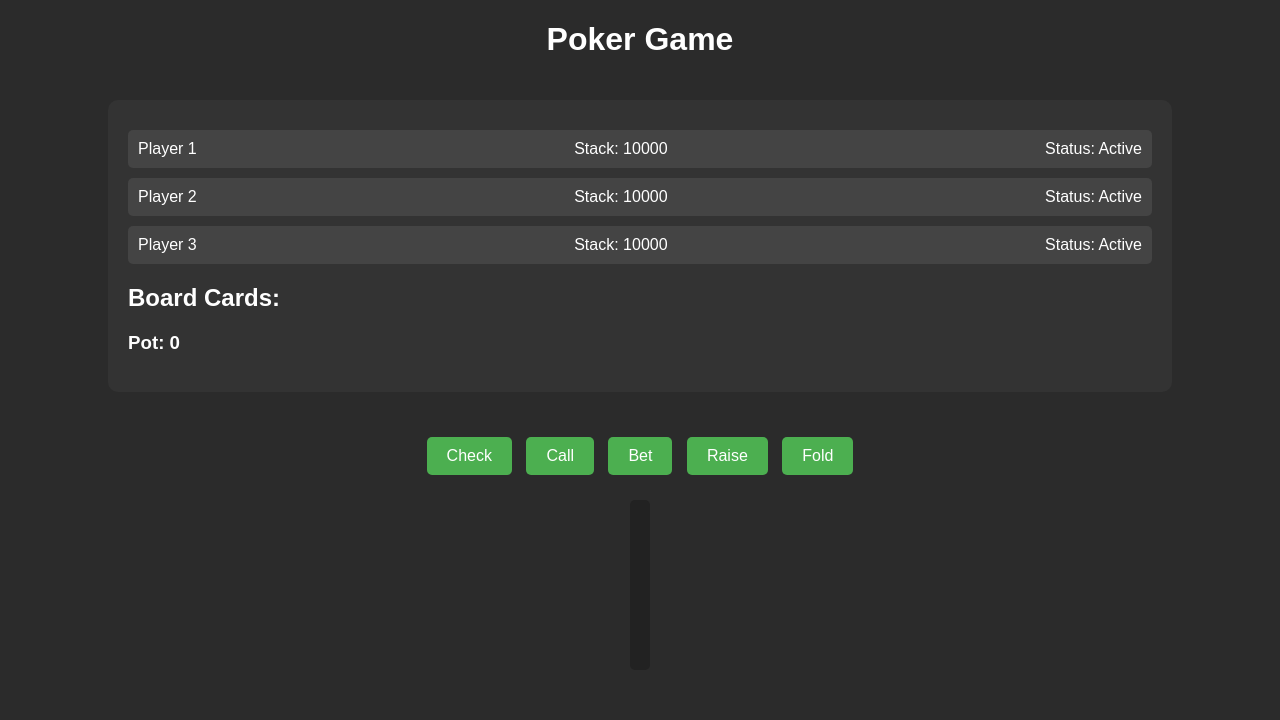
Repository: ihaflores/CP481_Poker_Bot
Page: frontend.html
The author's editor kept a copy of each file at every save. The page is drawn from the files as they stood at one save, then again after the next save.
The browser window is 1280 px wide. The pictures show the whole page.

Above is the page before, as saved 2024-12-07 13:45:56.

### frontend.html
<!DOCTYPE html>
<html lang="en">
<head>
    <meta charset="UTF-8">
    <meta name="viewport" content="width=device-width, initial-scale=1.0">
    <title>Poker Game UI</title>
    <style>
        body {
            font-family: Arial, sans-serif;
            background-color: #2b2b2b;
            color: #ffffff;
            margin: 0;
            padding: 0;
            display: flex;
            flex-direction: column;
            align-items: center;
        }
        #game-board {
            width: 80%;
            margin: 20px;
            padding: 20px;
            background-color: #333;
            border-radius: 10px;
        }
        .player {
            margin: 10px 0;
            display: flex;
            justify-content: space-between;
            padding: 10px;
            background: #444;
            border-radius: 5px;
        }
        #actions {
            margin-top: 20px;
        }
        button {
            background-color: #4caf50;
            border: none;
            color: white;
            padding: 10px 20px;
            text-align: center;
            text-decoration: none;
            display: inline-block;
            font-size: 16px;
            margin: 5px;
            border-radius: 5px;
            cursor: pointer;
        }
        button:hover {
            background-color: #45a049;
        }
        #logs {
            margin-top: 20px;
            background-color: #222;
            padding: 10px;
            border-radius: 5px;
            height: 150px;
            overflow-y: scroll;
        }
    </style>
</head>
<body>
    <h1>Poker Game</h1>
    <div id="game-board">
        <div id="players">
            <!-- Player info will be dynamically added here -->
        </div>
        <div id="board-cards">
            <!-- Board cards will be shown here -->
            <h2>Board Cards: <span id="board"></span></h2>
        </div>
        <div id="pot">
            <h3>Pot: <span id="pot-amount">0</span></h3>
        </div>
    </div>
    <div id="actions">
        <button onclick="performAction('check')">Check</button>
        <button onclick="performAction('call')">Call</button>
        <button onclick="openBetUI()">Bet</button>
        <button onclick="openRaiseUI()">Raise</button>
        <button onclick="performAction('fold')">Fold</button>
        <div id="bet-raise-ui" style="display:none;">
            <input type="number" id="bet-amount" placeholder="Enter amount" />
            <button onclick="submitBetRaise()">Submit</button>
        </div>
    </div>
    <div id="logs">
        <!-- Game logs will be dynamically added here -->
    </div>

    <script>
        // Example dynamic data
        const players = [
            { id: 1, stack: 10000, status: 'Active' },
            { id: 2, stack: 10000, status: 'Active' },
            { id: 3, stack: 10000, status: 'Active' },
        ];

        function initializeGame() {
            const playersDiv = document.getElementById('players');
            playersDiv.innerHTML = '';

            players.forEach(player => {
                const playerDiv = document.createElement('div');
                playerDiv.className = 'player';
                playerDiv.innerHTML = `
                    <span>Player ${player.id}</span>
                    <span>Stack: ${player.stack}</span>
                    <span>Status: ${player.status}</span>
                `;
                playersDiv.appendChild(playerDiv);
            });
        }

        function updatePlayerStack(playerId, amount) {
            const player = players.find(p => p.id === playerId);
            if (player) {
                player.stack += amount;
                initializeGame(); // Re-render the players section to reflect the changes
            }
        }

        function performAction(action) {
            addLog(`Player performed: ${action}`);
            if (action === 'call') {
                updatePlayerStack(1, -200); // Example: deducting 200 from player 1's stack
            } else if (action === 'bet') {
                updatePlayerStack(2, -500); // Example: deducting 500 from player 2's stack
            }
        }

        function openBetUI() {
            document.getElementById('bet-raise-ui').style.display = 'block';
        }

        function openRaiseUI() {
            document.getElementById('bet-raise-ui').style.display = 'block';
        }

        function submitBetRaise() {
            const amount = parseInt(document.getElementById('bet-amount').value, 10);
            addLog(`Player placed bet/raise: ${amount}`);
            updatePlayerStack(3, -amount); // Example: deducting bet/raise amount from player 3's stack
            document.getElementById('bet-raise-ui').style.display = 'none';
            document.getElementById('bet-amount').value = '';
        }

        function addLog(message) {
            const logsDiv = document.getElementById('logs');
            const logEntry = document.createElement('div');
            logEntry.textContent = message;
            logsDiv.appendChild(logEntry);
            logsDiv.scrollTop = logsDiv.scrollHeight;
        }

        // Initialize the UI
        initializeGame();
    </script>
</body>
</html>

After the next save:
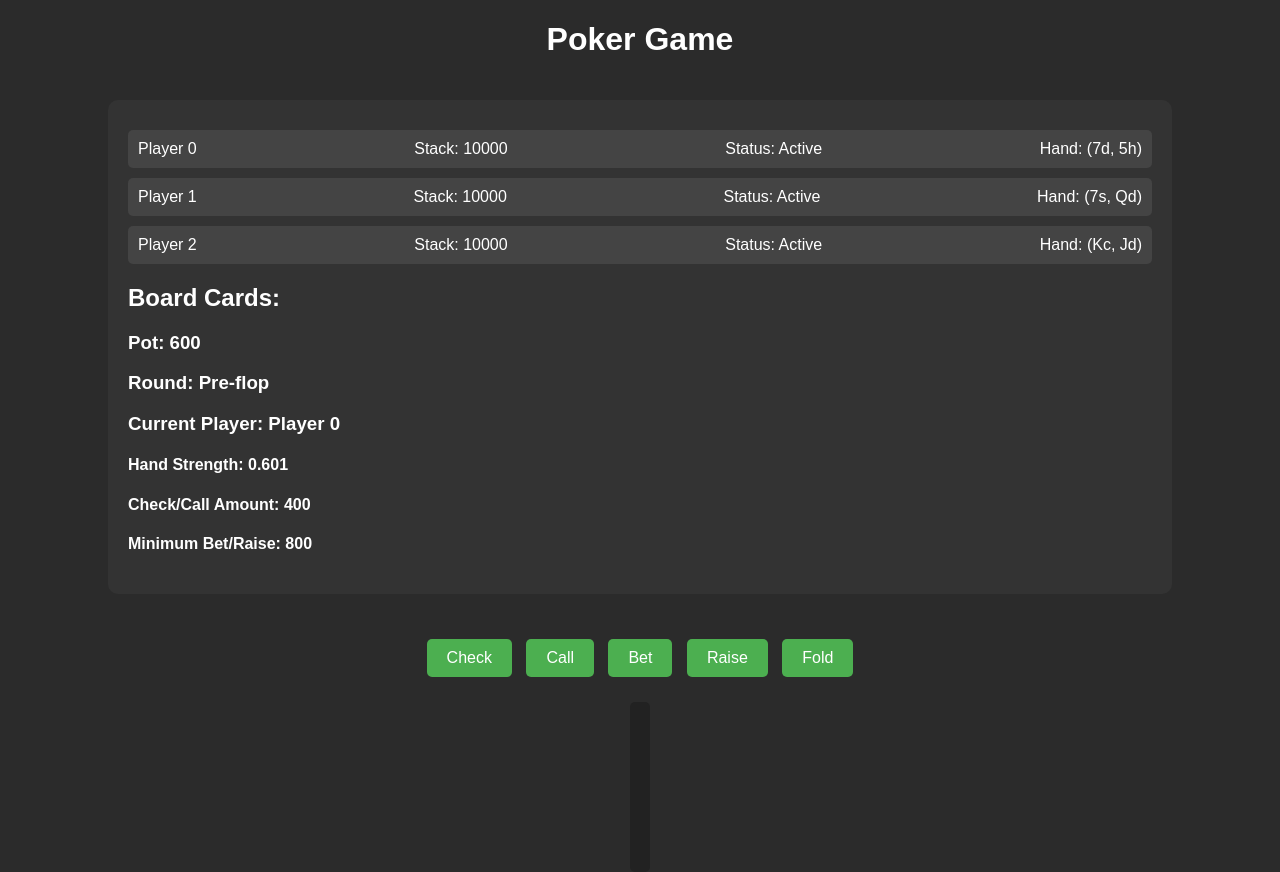
Saved 13 min 10 s later.
--- a/frontend.html
+++ b/frontend.html
@@ -72,6 +72,15 @@
         <div id="pot">
             <h3>Pot: <span id="pot-amount">0</span></h3>
         </div>
+        <div id="round">
+            <h3>Round: <span id="current-round">Pre-flop</span></h3>
+        </div>
+        <div id="current-player">
+            <h3>Current Player: <span id="current-player-id">Player 0</span></h3>
+            <h4>Hand Strength: <span id="hand-strength">0.000</span></h4>
+            <h4>Check/Call Amount: <span id="call-amount">0</span></h4>
+            <h4>Minimum Bet/Raise: <span id="min-bet">0</span></h4>
+        </div>
     </div>
     <div id="actions">
         <button onclick="performAction('check')">Check</button>
@@ -89,12 +98,16 @@
     </div>
 
     <script>
-        // Example dynamic data
         const players = [
-            { id: 1, stack: 10000, status: 'Active' },
-            { id: 2, stack: 10000, status: 'Active' },
-            { id: 3, stack: 10000, status: 'Active' },
+            { id: 0, stack: 10000, status: 'Active', hand: "(7d, 5h)" },
+            { id: 1, stack: 10000, status: 'Active', hand: "(7s, Qd)" },
+            { id: 2, stack: 10000, status: 'Active', hand: "(Kc, Jd)" },
         ];
+        let pot = 600;
+        let boardCards = "";
+        const rounds = ["Pre-flop", "Flop", "Turn", "River"];
+        let currentRoundIndex = 0;
+        let currentPlayerIndex = 0;
 
         function initializeGame() {
             const playersDiv = document.getElementById('players');
@@ -107,25 +120,71 @@
                     <span>Player ${player.id}</span>
                     <span>Stack: ${player.stack}</span>
                     <span>Status: ${player.status}</span>
+                    <span>Hand: ${player.hand}</span>
                 `;
                 playersDiv.appendChild(playerDiv);
             });
+
+            document.getElementById('pot-amount').textContent = pot;
+            document.getElementById('board').textContent = boardCards;
+            document.getElementById('current-round').textContent = rounds[currentRoundIndex];
+            updateCurrentPlayerUI();
+        }
+
+        function updateCurrentPlayerUI() {
+            const player = players[currentPlayerIndex];
+            document.getElementById('current-player-id').textContent = `Player ${player.id}`;
+            document.getElementById('hand-strength').textContent = (Math.random() * 0.5 + 0.2).toFixed(3); // Simulated hand strength
+            document.getElementById('call-amount').textContent = 400; // Example fixed value for call amount
+            document.getElementById('min-bet').textContent = 800; // Example fixed value for minimum bet
         }
 
         function updatePlayerStack(playerId, amount) {
             const player = players.find(p => p.id === playerId);
             if (player) {
                 player.stack += amount;
-                initializeGame(); // Re-render the players section to reflect the changes
+                pot -= amount;
+                initializeGame();
             }
         }
 
+        function updateBoard(cards) {
+            boardCards = cards;
+            document.getElementById('board').textContent = boardCards;
+        }
+
+        function updatePot(amount) {
+            pot += amount;
+            document.getElementById('pot-amount').textContent = pot;
+        }
+
+        function nextPlayer() {
+            currentPlayerIndex = (currentPlayerIndex + 1) % players.length;
+            if (players[currentPlayerIndex].status === 'Folded') {
+                nextPlayer(); // Skip folded players
+            } else {
+                updateCurrentPlayerUI();
+            }
+        }
+
         function performAction(action) {
-            addLog(`Player performed: ${action}`);
-            if (action === 'call') {
-                updatePlayerStack(1, -200); // Example: deducting 200 from player 1's stack
+            const player = players[currentPlayerIndex];
+            addLog(`Player ${player.id} performed: ${action}`);
+
+            if (action === 'check') {
+                nextPlayer();
+            } else if (action === 'call') {
+                updatePlayerStack(player.id, -400); // Deduct call amount
+                updatePot(400);
+                nextPlayer();
             } else if (action === 'bet') {
-                updatePlayerStack(2, -500); // Example: deducting 500 from player 2's stack
+                updatePlayerStack(player.id, -800); // Deduct bet amount
+                updatePot(800);
+                nextPlayer();
+            } else if (action === 'fold') {
+                player.status = 'Folded';
+                addLog(`Player ${player.id} has folded.`);
+                nextPlayer();
             }
         }
 
@@ -139,10 +198,13 @@
 
         function submitBetRaise() {
             const amount = parseInt(document.getElementById('bet-amount').value, 10);
-            addLog(`Player placed bet/raise: ${amount}`);
-            updatePlayerStack(3, -amount); // Example: deducting bet/raise amount from player 3's stack
+            const player = players[currentPlayerIndex];
+            addLog(`Player ${player.id} placed bet/raise: ${amount}`);
+            updatePlayerStack(player.id, -amount);
+            updatePot(amount);
             document.getElementById('bet-raise-ui').style.display = 'none';
             document.getElementById('bet-amount').value = '';
+            nextPlayer();
         }
 
         function addLog(message) {
